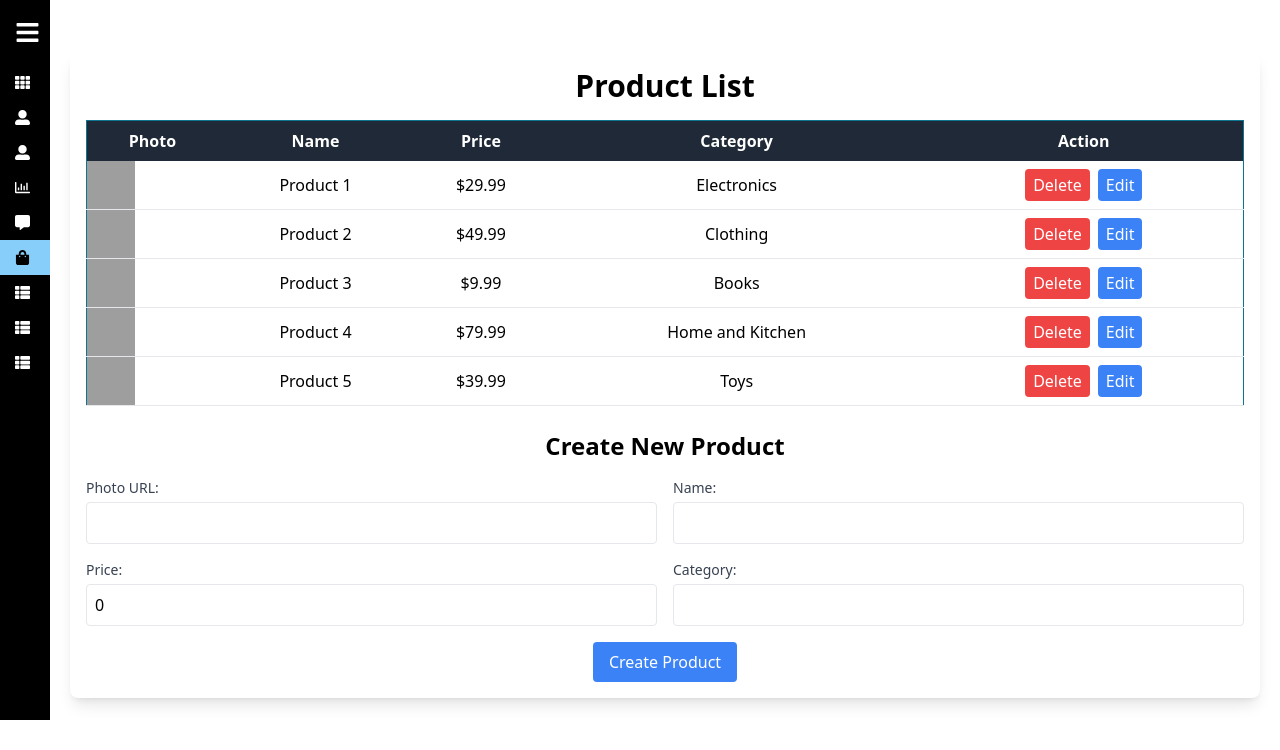
Repository: AndargWorku12/admin-dashboard
Page: /product
These files come from the project's save history. The page is drawn as it stood at one moment and after the next save; the edit follows.
The browser window is 1280 px wide. The pictures show the whole page.
Pictures or frames that could not be fetched are drawn as grey boxes. The project was rebuilt for these pictures with package versions that can differ from the ones it lists, and the page was loaded fresh each time. Also part of the build but not shown: src/pages/Dashboard.tsx, src/pages/Orders.tsx, src/style/category.css, src/pages/Category.tsx, src/pages/Login.tsx, src/pages/Analytics.tsx, src/pages/CustemerReview.tsx, src/pages/ShopCard.tsx and 1 more.

Above is the page before, as saved 2024-01-25 03:55:57.

### src/index.tsx
import { ColorModeScript } from "@chakra-ui/react"
import * as React from "react"
import * as ReactDOM from "react-dom/client"
import App from "./App"
import './index.css'

const container = document.getElementById("root")
if (!container) throw new Error('Failed to find the root element');
const root = ReactDOM.createRoot(container)

root.render(

  <React.StrictMode>
    <ColorModeScript />
    <App />
  </React.StrictMode>,

)

### src/App.tsx

import React, {useState} from 'react';
import { BrowserRouter, Route, Routes } from 'react-router-dom';
import Sidebar from './components/Sidebar';
import Dashboard from './pages/Dashboard';
// import SignUpForm from './pages/LoginPopup'
import Orders from './pages/Orders';
import Category from './pages/Category';
import Login from './pages/Login'
import Analytics from './pages/Analytics';
import CustemerReview from './pages/CustemerReview';
import ProductList from './pages/ProductList';
import ShopCard from './pages/ShopCard';
import './App.css'
import SignUpForm from './pages/SignUpForm';




type SaleData = {
  date: string;
  amount: number;
};

type RevenueData = {
  month: string;
  revenue: number;
};

type Product = {
    id: string;
    photo: string;
    name: string;
    price: number;
    category: string;
};

type Order = {
  id: string;
  product: Product;
  quantity: number;
  totalPrice: number;
};

type CategoryType = {
  id: string;
  name: string;
};



// Sample props for components
type DashboardProps = {
  saleData: SaleData[];
  revenueData: RevenueData[];
  // ... other props
};

type AnalyticsProps = {
  salesData: SaleData[];
  // ... other props
};

type ProductProps = {
  products: Product[];
  onUpdate: (productId: string, updatedProduct: Product) => void;

};




type OrderProps = {
  orders: Order[];
  // ... other props
};

type CategoryProps = {
  categories: CategoryType[];
  // ... other props
};







const App: React.FC = () => {


// for the product page to handle
  const [products, setProducts] = useState<Product[]>([


    {
      id: '1',
      photo: 'https://img.ltwebstatic.com/images3_pi/2022/01/10/16417919016a32607182dd11dedeb77e8324b683e8_thumbnail_900x.webp',
      name: 'Product 1',
      price: 29.99,
      category: 'Electronics',
    },
    {
      id: '2',
      photo: 'https://img.ltwebstatic.com/images3_pi/2022/01/10/16417919016a32607182dd11dedeb77e8324b683e8_thumbnail_900x.webp',
      name: 'Product 2',
      price: 49.99,
      category: 'Clothing',
    },
    {
      id: '3',
      photo: 'https://img.ltwebstatic.com/images3_pi/2022/01/10/16417919016a32607182dd11dedeb77e8324b683e8_thumbnail_900x.webp',
      name: 'Product 3',
      price: 9.99,
      category: 'Books',
    },
    {
      id: '4',
      photo: 'https://img.ltwebstatic.com/images3_pi/2022/01/10/16417919016a32607182dd11dedeb77e8324b683e8_thumbnail_900x.webp',
      name: 'Product 4',
      price: 79.99,
      category: 'Home and Kitchen',
    },
    {
      id: '5',
      photo: 'https://img.ltwebstatic.com/images3_pi/2022/01/10/16417919016a32607182dd11dedeb77e8324b683e8_thumbnail_900x.webp',
      name: 'Product 5',
      price: 39.99,
      category: 'Toys',
    },



  ]);

  // Function to handle creating a new product
  const handleCreate = (newProduct: Product) => {
    setProducts((prevProducts) => [...prevProducts, newProduct]);
  };

  // Function to handle updating a product

  const handleUpdate = (productId: string, newName: string, newPrice: number) => {
    setProducts((prevProducts) =>
      prevProducts.map((product) =>
        product.id === productId
          ? { ...product, name: newName, price: newPrice }
          : product
      )
    );
  };



  // Function to handle deleting a product
  const handleDelete = (productId: string) => {
    setProducts((prevProducts) => prevProducts.filter((product) => product.id !== productId));
  };


// for category page


const [categories, setCategories] = useState<CategoryType[]>([
  { id: '1', name: 'Category 1' },
  { id: '2', name: 'Category 2' },
  { id: '3', name: 'Category 3' },
  { id: '4', name: 'Category 4' },
  { id: '5', name: 'Category 5' },
  { id: '6', name: 'Category 6' },
  { id: '7', name: 'Category 7' },
  { id: '8', name: 'Category 8' },
  { id: '9', name: 'Category 9' },
  { id: '10', name: 'Category 10' },

]);

// Function to handle creating a new category
const handleCreateCategory = (newCategory: CategoryType) => {
  setCategories((prevCategories) => [...prevCategories, newCategory]);
};

const handleUpdateCategory = (categoryId: string, newName: string) => {
  setCategories((prevCategories) =>
    prevCategories.map((category) =>
      category.id === categoryId ? { ...category, name: newName } : category
    )
  );
};

// Function to handle deleting a category
const handleDeleteCategory = (categoryId: string) => {
  setCategories((prevCategories) => prevCategories.filter((category) => category.id !== categoryId));
};

  const saleData: SaleData[] = [
    { date: '2022-01-01', amount: 100 },
    { date: '2022-01-02', amount: 150 },
    { date: '2022-01-03', amount: 200 },
    { date: '2022-01-04', amount: 120 },
    { date: '2022-01-05', amount: 180 },
    { date: '2022-01-06', amount: 90 },
    { date: '2022-01-07', amount: 110 },
    { date: '2022-01-08', amount: 130 },
    { date: '2022-01-09', amount: 170 },
    { date: '2022-01-10', amount: 160 },
  ];

  const revenueData: RevenueData[] = [
    { month: 'January', revenue: 500 },
    { month: 'February', revenue: 700 },
    { month: 'March', revenue: 600 },
    { month: 'April', revenue: 800 },
    { month: 'May', revenue: 900 },
    { month: 'June', revenue: 750 },
    { month: 'July', revenue: 850 },
    { month: 'August', revenue: 950 },
    { month: 'September', revenue: 700 },
    { month: 'October', revenue: 850 },
  ];


   const [orders, setOrders] = useState<Order[]>([
    { id: '1', product: products[0], quantity: 2, totalPrice: 234 },
    { id: '2', product: products[2], quantity: 1, totalPrice: 234 },
    { id: '3', product: products[4], quantity: 3, totalPrice: 234 },
    { id: '4', product: products[6], quantity: 2, totalPrice: 234 },
    { id: '5', product: products[8], quantity: 1, totalPrice: 234 },
    { id: '6', product: products[1], quantity: 2, totalPrice: 234 },
    { id: '7', product: products[3], quantity: 3, totalPrice: 234 },
    { id: '8', product: products[5], quantity: 1, totalPrice: 234 },
    { id: '9', product: products[7], quantity: 2, totalPrice: 234 },
    { id: '10', product: products[9], quantity: 1, totalPrice: 234 },

   ]);

  // Function to create a new order
  const handleCreateOrder = (newOrder: Order) => {
    setOrders((prevOrders) => [...prevOrders, newOrder]);
  };

  // Function to delete an order
  const handleDeleteOrder = (orderId: string) => {
    const updatedOrders = orders.filter(order => order.id !== orderId);
    setOrders(updatedOrders);
  };

  // Function to update an order
  const handleUpdateOrder = (orderId: string, updatedOrder: Order) => {
    // Placeholder implementation: Updating the order in the list
    setOrders((prevOrders) =>
      prevOrders.map((order) =>
        order.id === orderId ? { ...order, ...updatedOrder } : order
      )
    );
  };

  return (
    <BrowserRouter>
    <Sidebar>
      <Routes>
        <Route path="/" element={<Dashboard saleData={saleData} revenueData={revenueData} />} />
        <Route path="/dashboard" element={<Dashboard saleData={saleData} revenueData={revenueData} />} />
       <Route path="/login" element={<Login/>}/>
        <Route path="/signup" element={<SignUpForm />} />
        <Route path="/review"element={<CustemerReview username="John" joinedDate="2022-01-01" reviewDate="2022-01-15" reviewText="Lorem ipsum" />}
/>

        <Route path="/analytics" element={<Analytics saleData={saleData} />} />
        <Route
  path="/product"
  element={<ProductList products={products} onCreate={handleCreate} onDelete={handleDelete} onUpdate={handleUpdate} />}
/>
        <Route path="/shop" element={<ShopCard />} />
        <Route
        path="/orders"
        element={
          <Orders
            orders={orders}
            onCreateOrder={handleCreateOrder}
            onDeleteOrder={handleDeleteOrder}
            onUpdateOrder={handleUpdateOrder}
          />
        }
      />

        <Route
            path="/category"
            element={<Category categories={categories} onCreate={handleCreateCategory} onDelete={handleDeleteCategory} onUpdate={handleUpdateCategory} />}
          />

      </Routes>
    </Sidebar>
  </BrowserRouter>
  );
};

export default App;

### src/components/Sidebar.tsx
import React, { useState } from 'react';
import ReactNode from "react";
import {
    FaTh,
    FaBars,
    FaUserAlt,
    FaRegChartBar,
    FaCommentAlt,
    FaShoppingBag,
    FaThList
} from 'react-icons/fa';
import { NavLink, NavLinkProps } from 'react-router-dom';



interface MenuItem {
    path: string;
    name: string;
    icon: JSX.Element;
}

interface SidebarProps {
  children: React.ReactNode;
}
    const Sidebar: React.FC<React.PropsWithChildren<{}>> = ({ children }) => {
    const [isOpen, setIsOpen] = useState(false);

    const toggle = () => setIsOpen(!isOpen);

    const menuItems: MenuItem[] = [
        {
            path: '/',
            name: 'Dashboard',
            icon: <FaTh />,
        },
        {
            path: '/login',
            name: 'Login',
            icon: <FaUserAlt />,
        },
        {
          path: '/signup',
          name: 'Register form',
          icon: <FaUserAlt />,
      },
        {
            path: '/analytics',
            name: 'Analytics',
            icon: <FaRegChartBar />,
        },
        {
            path: '/review',
            name: 'CustemerReview',
            icon: <FaCommentAlt />,
        },
        {
            path: '/product',
            name: 'Product',
            icon: <FaShoppingBag />,
        },
        {
            path: '/category',
            name: 'Category List',
            icon: <FaThList />,
        },
        {
          path: '/orders',
          name: 'Orders',
          icon: <FaThList />,
      },
      {
        path: '/shop',
        name: 'Sample product',
        icon: <FaThList />,
    },
    ];

    return (
        <div className="container">
            <div style={{ width: isOpen ? '200px' : '50px' }} className="sidebar">
                <div className="top_section">
                    <h1 style={{ display: isOpen ? 'block' : 'none' }} className="logo">
                        Logo
                    </h1>
                    <div style={{ marginLeft: isOpen ? '50px' : '0px' }} className="bars">
                        <FaBars onClick={toggle} />
                    </div>
                </div>
                {menuItems.map((item, index) => (
                    <NavLink to={item.path} key={index} className="link"
                    //  activeClassName="active"
                     >
                        <div className="icon">{item.icon}</div>
                        <div style={{ display: isOpen ? 'block' : 'none' }} className="link_text text-sm">
                            {item.name}
                        </div>
                    </NavLink>
                ))}
            </div>
            <main>{children}</main>
        </div>
    );
};

export default Sidebar;

### src/pages/ProductList.tsx
import React, { useState } from 'react';

interface Product {
  id: string;
  photo: string;
  name: string;
  price: number;
  category: string;
}

interface ProductListProps {
  products: Product[];
  onCreate: (newProduct: Omit<Product, 'id'> & { id?: string }) => void;
  onDelete: (productId: string) => void;
  onUpdate: (productId: string, newName: string, newPrice: number) => void;
}

const ProductList: React.FC<ProductListProps> = ({ products, onCreate, onDelete, onUpdate }) => {
  const [newProduct, setNewProduct] = useState<Omit<Product, 'id'> & { id?: string }>({
    photo: '',
    name: '',
    price: 0,
    category: '',
  });
  const [editingProduct, setEditingProduct] = useState<Product | null>(null);

  const handleCreateProduct = () => {
    onCreate({ ...newProduct, id: Date.now().toString() });
    setNewProduct({
      photo: '',
      name: '',
      price: 0,
      category: '',
    });
  };

  const handleUpdateProduct = () => {
    if (editingProduct) {
      onUpdate(editingProduct.id, editingProduct.name, editingProduct.price);
      setEditingProduct(null);
    }
  };

  const handleDeleteProduct = (id: string) => {
    onDelete(id);
  };

  const handleEditProduct = (product: Product) => {
    setEditingProduct(product);
  };

  return (
    <div className="container mx-auto my-8 p-4 bg-white shadow-lg rounded-lg block gap-64 text-center">
      <h2 className="text-3xl font-bold mb-4">Product List</h2>
      <table className="w-full border border-cyan-700 w-max-80">
        <thead>
          <tr className=' bg-gray-800 text-white'>
            <th className="py-2">Photo</th>
            <th className="py-2">Name</th>
            <th className="py-2">Price</th>
            <th className="py-2">Category</th>
            <th className="py-2">Action</th>
          </tr>
        </thead>
        <tbody>
          {products.map((product) => (
            <tr key={product.id} className="border-b">
              <td>
                <img src={product.photo} alt={product.name} className="w-12 h-12 object-cover" />
              </td>
              <td className="py-2">{product.name}</td>
              <td className="py-2">${product.price.toFixed(2)}</td>
              <td className="py-2">{product.category}</td>
              <td className="py-2">
                <button
                  onClick={() => handleDeleteProduct(product.id)}
                  className="bg-red-500 text-white px-2 py-1 rounded mr-2"
                >
                  Delete
                </button>
                <button
                  onClick={() => handleEditProduct(product)}
                  className="bg-blue-500 text-white px-2 py-1 rounded"
                >
                  Edit
                </button>
              </td>
            </tr>
          ))}
        </tbody>
      </table>

      <h2 className="text-2xl font-bold mt-6 mb-4">
        {editingProduct ? 'Edit Product' : 'Create New Product'}
      </h2>
      <div className="grid grid-cols-2 gap-4 text-start">
        <div>
          <label htmlFor="productPhoto" className="block text-sm font-medium text-gray-700">
            Photo URL:
          </label>
          <input
            type="text"
            id="productPhoto"
            value={editingProduct ? editingProduct.photo : newProduct.photo}
            onChange={(e) =>
              editingProduct
                ? setEditingProduct({ ...editingProduct, photo: e.target.value })
                : setNewProduct({ ...newProduct, photo: e.target.value })
            }
            className="mt-1 p-2 border rounded w-full"
          />
        </div>
        <div>
          <label htmlFor="productName" className="block text-sm font-medium text-gray-700">
            Name:
          </label>
          <input
            type="text"
            id="productName"
            value={editingProduct ? editingProduct.name : newProduct.name}
            onChange={(e) =>
              editingProduct
                ? setEditingProduct({ ...editingProduct, name: e.target.value })
                : setNewProduct({ ...newProduct, name: e.target.value })
            }
            className="mt-1 p-2 border rounded w-full"
          />
        </div>
        <div>
          <label htmlFor="productPrice" className="block text-sm font-medium text-gray-700">
            Price:
          </label>
          <input
            type="number"
            id="productPrice"
            value={editingProduct ? editingProduct.price : newProduct.price}
            onChange={(e) =>
              editingProduct
                ? setEditingProduct({ ...editingProduct, price: +e.target.value })
                : setNewProduct({ ...newProduct, price: +e.target.value })
            }
            className="mt-1 p-2 border rounded w-full"
          />
        </div>
        <div>
          <label htmlFor="productCategory" className="block text-sm font-medium text-gray-700">
            Category:
          </label>
          <input
            type="text"
            id="productCategory"
            value={editingProduct ? editingProduct.category : newProduct.category}
            onChange={(e) =>
              editingProduct
                ? setEditingProduct({ ...editingProduct, category: e.target.value })
                : setNewProduct({ ...newProduct, category: e.target.value })
            }
            className="mt-1 p-2 border rounded w-full"
          />
        </div>
      </div>
      <button
        onClick={editingProduct ? handleUpdateProduct : handleCreateProduct}
        className="mt-4 bg-blue-500 text-white px-4 py-2 rounded"
      >
        {editingProduct ? 'Update Product' : 'Create Product'}
      </button>
    </div>
  );
};

export default ProductList;

### src/App.css
* {
    margin: 0;
    padding: 0;
    text-decoration: none;
}

.container {
    display: flex;
}

main {
    width: 100%;
    padding: 20px;
}

.sidebar {
    background: #000;
    color: #fff;
    height: 100vh;
    width: 200px;
    transition: all 0.5s;
}

.top_section {
    display: flex;
    align-items: center;
    padding: 20px 15px;
}

.logo {
    font-size: 30px;
}

.bars {
    display: flex;
    font-size: 25px;
    margin-left: 50px;
}

.link {
    display: flex;
    color: #fff;
    padding: 10px 15px;
    gap: 15px;
    transition: all 0.5s;
}

.link:hover {
    background: lightskyblue;
    color: #000;
    transition: all 0.5s;
}

.active {
    background: lightskyblue;
    color: #000;
}

.icon,
.link_text {
    font-size: 15px;
}

Loaded but not shown: public/index.html (common file); src/index.css (common file); tailwind.config.js (common file)

After the next save:
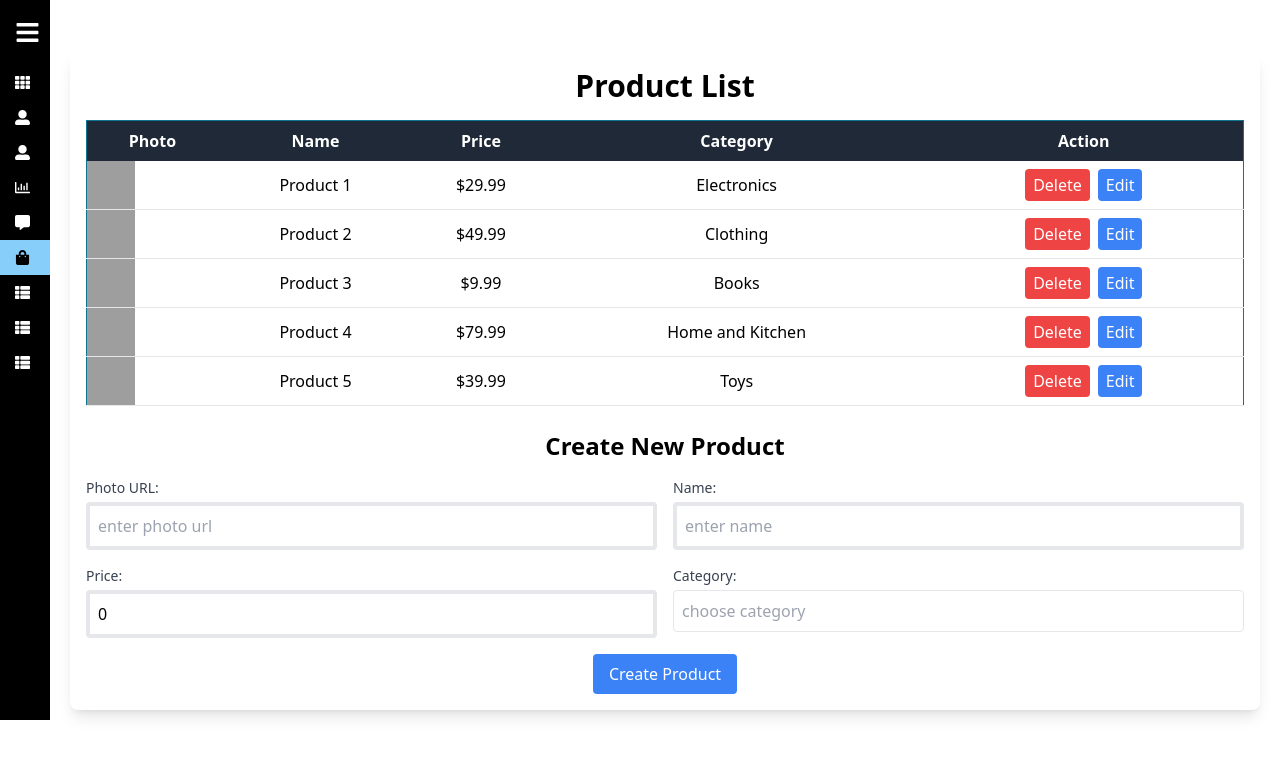
Saved 5 min 53 s later.
--- a/src/pages/ProductList.tsx
+++ b/src/pages/ProductList.tsx
@@ -101,13 +101,14 @@ const ProductList: React.FC<ProductListProps> = ({ products, onCreate, onDelete,
           <input
             type="text"
             id="productPhoto"
+            placeholder='enter photo url'
             value={editingProduct ? editingProduct.photo : newProduct.photo}
             onChange={(e) =>
               editingProduct
                 ? setEditingProduct({ ...editingProduct, photo: e.target.value })
                 : setNewProduct({ ...newProduct, photo: e.target.value })
             }
-            className="mt-1 p-2 border rounded w-full"
+            className="mt-1 p-2 border-4 rounded w-full"
           />
         </div>
         <div>
@@ -117,13 +118,14 @@ const ProductList: React.FC<ProductListProps> = ({ products, onCreate, onDelete,
           <input
             type="text"
             id="productName"
+            placeholder='enter name'
             value={editingProduct ? editingProduct.name : newProduct.name}
             onChange={(e) =>
               editingProduct
                 ? setEditingProduct({ ...editingProduct, name: e.target.value })
                 : setNewProduct({ ...newProduct, name: e.target.value })
             }
-            className="mt-1 p-2 border rounded w-full"
+            className="mt-1 p-2 border-4 rounded w-full"
           />
         </div>
         <div>
@@ -133,13 +135,14 @@ const ProductList: React.FC<ProductListProps> = ({ products, onCreate, onDelete,
           <input
             type="number"
             id="productPrice"
+            placeholder='enter price'
             value={editingProduct ? editingProduct.price : newProduct.price}
             onChange={(e) =>
               editingProduct
                 ? setEditingProduct({ ...editingProduct, price: +e.target.value })
                 : setNewProduct({ ...newProduct, price: +e.target.value })
             }
-            className="mt-1 p-2 border rounded w-full"
+            className="mt-1 p-2 border-4 rounded w-full"
           />
         </div>
         <div>
@@ -149,6 +152,7 @@ const ProductList: React.FC<ProductListProps> = ({ products, onCreate, onDelete,
           <input
             type="text"
             id="productCategory"
+            placeholder='choose category'
             value={editingProduct ? editingProduct.category : newProduct.category}
             onChange={(e) =>
               editingProduct
